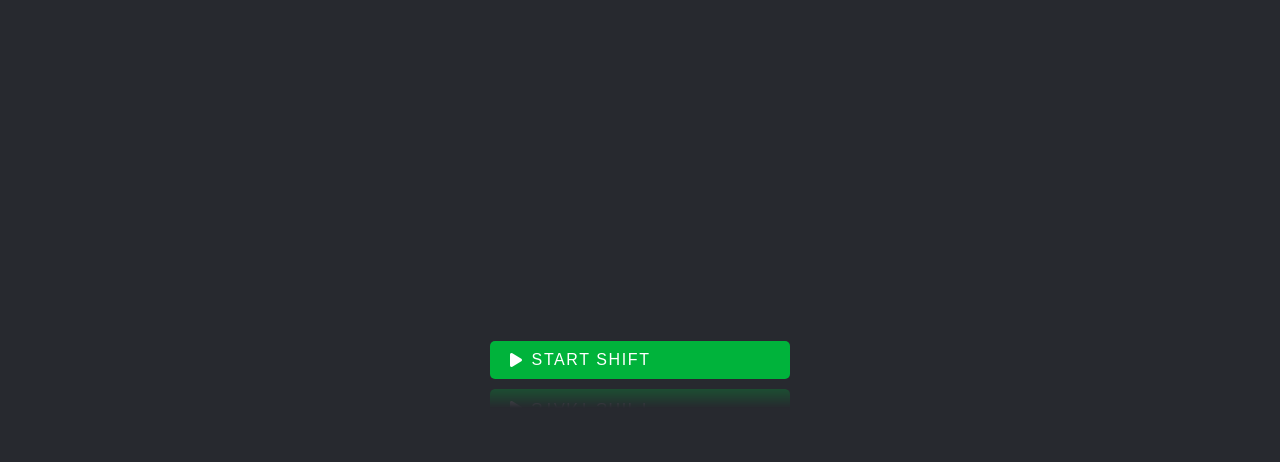
Repository: Philip-Rogers/button-state
Page: index.html
The author's editor kept a copy of each file at every save. The page is drawn from the files as they stood at one save, then again after the next save.
The browser window is 1280 px wide. The pictures show the whole page.

Above is the page before, as saved 2024-08-14 14:09:37.

After the next save:
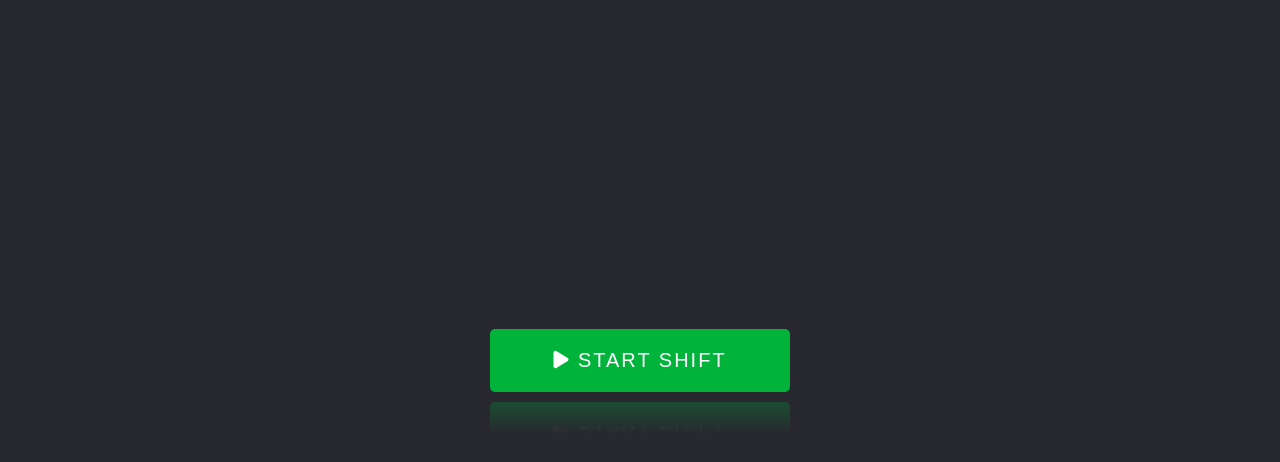
Saved 39 s later.
--- a/index.css
+++ b/index.css
@@ -25,7 +25,7 @@
     -webkit-box-reflect: below 10px linear-gradient(transparent, transparent, #0004);
 }
 
-#shiftButton {
+/* #shiftButton {
     color: white;
     background-color: hsl(140, 100%, 35%); /* Green for Start Shift */
     border: none;
@@ -34,7 +34,7 @@
     cursor: pointer;
     display: flex;
     align-items: center;
-}
+} */
 
 #shiftButton i {
     margin-right: 8px;

After the save that followed:
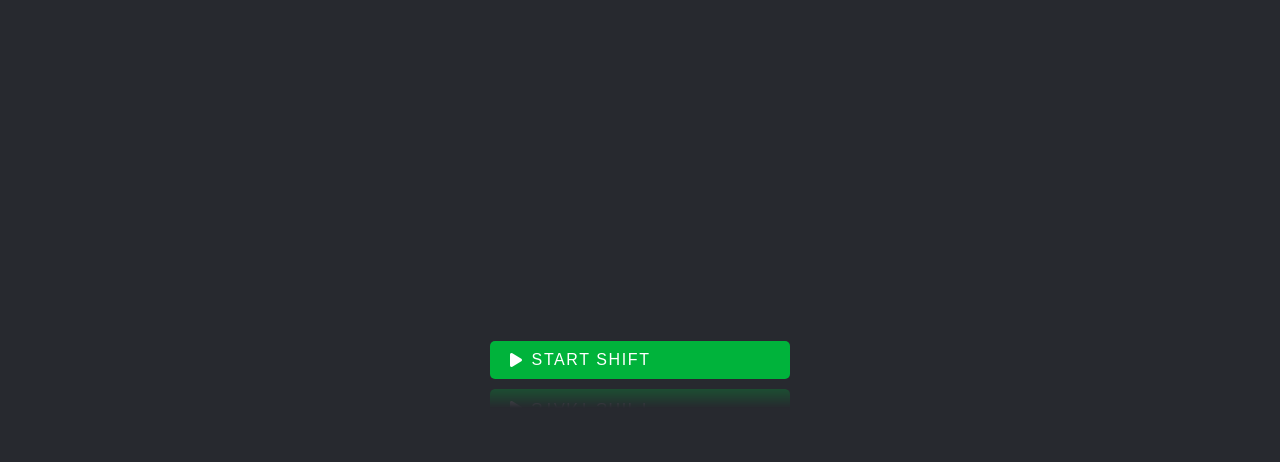
Saved 4 s later.
--- a/index.css
+++ b/index.css
@@ -25,7 +25,7 @@
     -webkit-box-reflect: below 10px linear-gradient(transparent, transparent, #0004);
 }
 
-/* #shiftButton {
+#shiftButton {
     color: white;
     background-color: hsl(140, 100%, 35%); /* Green for Start Shift */
     border: none;
@@ -34,7 +34,7 @@
     cursor: pointer;
     display: flex;
     align-items: center;
-} */
+}
 
 #shiftButton i {
     margin-right: 8px;
